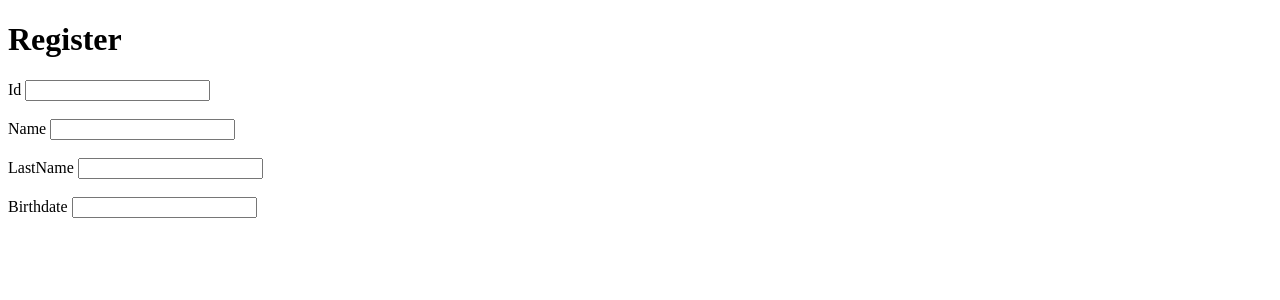
Repository: JavierGonzalez40/repo-aws-15
Page: templates/register.html
An editor plug-in stored every save of this project. The page is shown before and after the next save, followed by the edit.
The browser window is 1280 px wide. The pictures show the whole page.

Above is the page before, as saved 2024-09-10 00:21:39.

After the next save:
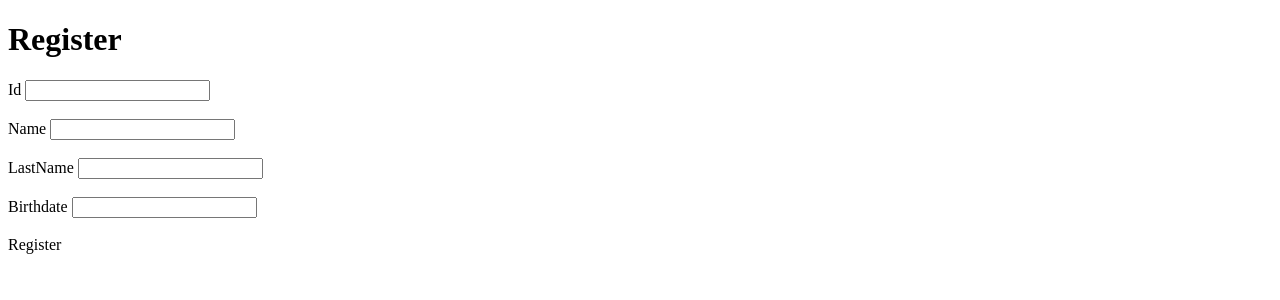
Saved 31 s later.
--- a/templates/register.html
+++ b/templates/register.html
@@ -14,7 +14,7 @@
         <label> Name </label> <input> <br> <br>
         <label> LastName </label> <input> <br> <br>
         <label> Birthdate  </label> <input> <br> <br>
-        <booton>
+        <booton> Register </booton>
     </form>
 </body>
 
